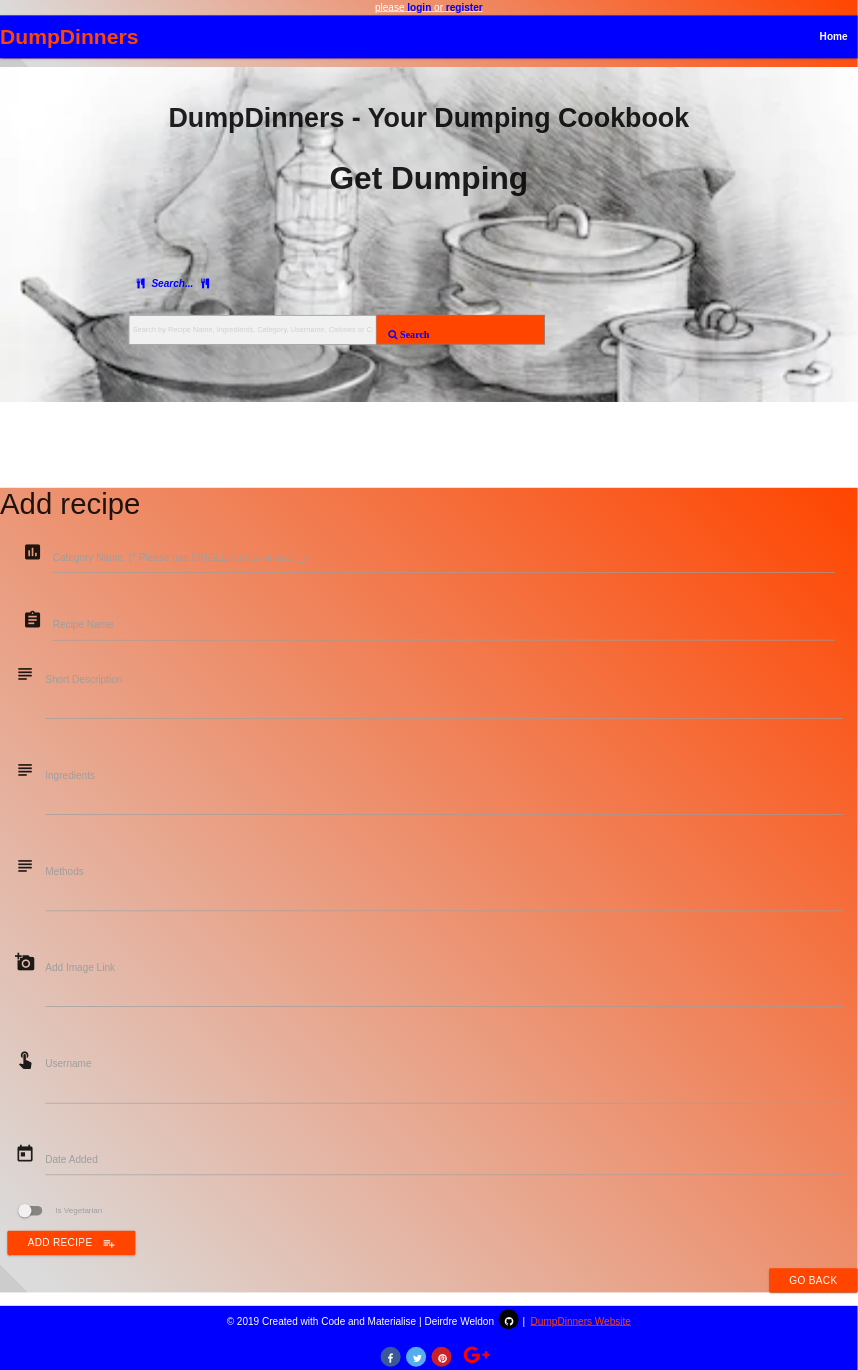
Repository: Deirdre18/dumpdinners-recipe-app
Page: http://localhost/add_recipe
The author's editor kept a record of every edit. The page is drawn from the files as they stood at one moment, then again after the next edit.
The browser window is 1280 px wide. The pictures show the whole page, at 67% of full size.
Some web libraries are served in a nearby version. The page is served by the project's application, run on Flask 3 (app.py). Queries for data that is not in the repository find no rows.

Above is the page before.

### templates/addrecipe.html
{% extends 'base.html' %} {% block content %}
<h3>Add recipe</h3>
<div class="row">
    <form action="{{ url_for('insert_recipe') }}" method="POST" class="col s12">
        <div class="col s12">
            <div class="row">
                <div class="input-field col s12">
                    <i class="material-icons prefix">poll</i>
                    <input id="category_name" name="category_name" type="text" class="validate">
                    <label for="icon_prefix">Category Name.  (* Please use SINGLE names or use '_')</label>
                </div>
            </div>
            <div class="input-field col s12">
                <i class="material-icons prefix">assignment</i>
                <input id="recipe_name" name="recipe_name" type="text">
                <label for="icon_prefix">Recipe Name</label>
            </div>
        </div>
        <div class="row">
            <div class="input-field col s12">
                <i class="material-icons prefix">subject</i>
                <textarea name="short_description" id="short_description" class="materialize-textarea"></textarea>
                <label for="icon_prefix">Short Description</label>
            </div>
        </div>
        <div class="row">
            <div class="input-field col s12">
                <i class="material-icons prefix">subject</i>
                <textarea name="ingredients" id="ingredients" class="materialize-textarea"></textarea>
                <label for="icon_prefix">Ingredients</label>
            </div>
        </div>
        <div class="row">
            <div class="input-field col s12">
                <i class="material-icons prefix">subject</i>
                <textarea name="methods" id="methods" class="materialize-textarea"></textarea>
                <label for="icon_prefix">Methods</label>
            </div>
        </div>
        <div class="row">
            <div class="input-field col s12">
                <i class="material-icons prefix">add_a_photo</i>
                <textarea name="image" id="image" class="materialize-textarea"></textarea>
                <label for="icon_prefix">Add Image Link</label>
            </div>
        </div>
        <div class="row">
            <div class="input-field col s12">
                <i class="material-icons prefix">touch_app</i>
                <textarea name="username" id="username" class="materialize-textarea"></textarea>
                <label for="username">Username</label>
            </div>
        </div>
        <div class="row">
            <div class="input-field col s12">
                <i class="material-icons prefix">today</i>
                <input id="date_added" name="date_added" type="text" class="datepicker">
                <label for="icon_prefix">Date Added</label>
            </div>
        </div>

        <div class="row">
            <div class="switch">
                <label>
                  <input id="is_vegetarian" name="is_vegetarian" type="checkbox">
                  <span class="lever"></span>
                  Is Vegetarian
                </label>
            </div>
        </div>
        <div class="row">
            <button class="btn waves-effect waves-light" type="submit" style="background-color:orangered" name="action">Add recipe
                <i class="material-icons right">playlist_add</i>
             </button>
        </div>
    </form>
    <br>
    <button onclick="goBack()" class="waves-effect waves-light btn" style="background-color:orangered;float:right">Go Back</button></i>
</div>

{% endblock %}

### app.py
import os
import re
from flask import Flask, render_template, redirect, request, url_for, session, flash
import json
from flask_pymongo import PyMongo
import pymongo
from pymongo import MongoClient
from bson.objectid import ObjectId


from werkzeug.security import generate_password_hash, check_password_hash


app = Flask(__name__)

app.secret_key = "randomstring123"



if app.config['DEBUG'] == True:
    from config import dbconfig
    app.config["MONGO_DBNAME"] = 'dumpdinners'
    app.config["MONGO_URI"] = dbconfig()
else:
    app.config['MONGO_URI'] = os.environ.get("MONGO_URI")
    app.config['MONGO_DBNAME'] = os.environ.get("MONGO_DBNAME")

mongo = PyMongo(app)


@app.route('/')
@app.route('/index')
def index():
    """Home page the gets 4 recipes from DB that have been viewed the most"""
    four_recipes = mongo.db.recipes.find().limit(4)
    return render_template('allrecipes1.html', recipes=four_recipes)

@app.route('/allrecipes')
def allrecipes():
    recipes = mongo.db.recipes.find()
    return render_template('allrecipes.html', recipes=recipes)


# took idea of display only four recipes from another student at code institute (spence barriball) and looked at code to help with this - https://github.com/5pence/recipeGlut
@app.route('/allrecipes1')
def allrecipes1():
    recipes = mongo.db.recipes.find()
    four_recipes = mongo.db.recipes.find().limit(4)
    return render_template('allrecipes1.html', recipes=four_recipes)

@app.route('/add_recipe')
def add_recipe():
    recipes = mongo.db.recipes.find()
    return render_template('addrecipe.html',
        recipes=mongo.db.categories.find())

@app.route('/insert_recipe', methods=['POST'])
def insert_recipe():
    recipes = mongo.db.recipes
    recipes.insert_one(request.form.to_dict())
    flash ("Thank you, your recipe has been inserted!")
    return render_template('recipe.html', recipe=recipe)

@app.route('/edit_recipe/<recipe_id>', methods=['GET', 'POST'])
def edit_recipe(recipe_id):
    """Allows logged in user to edit their own recipes"""
    recipe_db = mongo.db.recipes.find_one_or_404({'_id': ObjectId(recipe_id)})
    all_categories =  mongo.db.categories.find()
    if request.method == 'GET':

        return render_template('editrecipe.html', recipe=recipe_db, categories=all_categories)

# referred to this article for advice on 'views' - https://stackoverflow.com/questions/5782311/mongodb-inc-embedded-value-syntax

@app.route('/update_recipe/<recipe_id>', methods=["POST"])
def update_recipe(recipe_id):
    recipes = mongo.db.recipes
    recipes.update( {'_id': ObjectId(recipe_id)},
    {
        '$set': {

        'recipe_name':request.form.get('recipe_name'),
        'ingredients':request.form.get('ingredients'),
        'image': request.form.get('image'),
        'category_name': request.form.get('category_name'),
        'username': request.form.get('username'),
        'methods': request.form.get('methods'),
        'short_description': request.form.get('short_description'),
        'date_added': request.form.get('date_added'),
        'is_vegetarian': request.form.get('is_vegetarian'),
        'views':1,
        'likes':1

        }
    })
    return redirect(url_for('allrecipes'))

@app.route('/delete_recipe/<recipe_id>')
def delete_recipe(recipe_id):
    mongo.db.recipes.remove({'_id': ObjectId(recipe_id)})
    return redirect(url_for('allrecipes'))

# referred to code from another student (spence barriball) at code institute and looked at code to help with search routing - https://github.com/5pence/recipeGlut
@app.route('/search')
def search():
    """Provides logic for search bar"""
    orig_query = request.args['query']
    # using regular expression setting option for any case
    query = {'$regex': re.compile('.*{}.*'.format(orig_query)), '$options': 'i'}
    # find instances of the entered word in title, tags or ingredients
    results = mongo.db.recipes.find({
        '$or': [
            {'recipe_name': query},
            {'ingredients': query},
            {'recipe_name': query},
            {'category_name': query},
            {'calories': query},
            {'cooking_time': query}
        ]
    })
    return render_template('search.html', query=orig_query, results=results)


@app.route('/recipe/<recipe_id>')
def recipe(recipe_id):

    """Shows full recipe and increments view"""
    mongo.db.recipes.find_one_and_update(
        {'_id': ObjectId(recipe_id)},
        { '$inc': { 'views': 1}}
    )
    recipe_db = mongo.db.recipes.find_one_or_404({'_id': ObjectId(recipe_id)})
    return render_template('recipe.html', recipe=recipe_db)

# routing for likes

@app.route('/likes/<recipe_id>')
def likes(recipe_id):

    """Shows full recipe and increments view"""
    mongo.db.recipes.find_one_and_update(
        {'_id': ObjectId(recipe_id)},
        { '$inc': { 'likes': 1}}
    )
    recipe_db = mongo.db.recipes.find_one_or_404({'_id': ObjectId(recipe_id)})
    return redirect(url_for('allrecipes1'))

# referred to code for login routing from another student (deborah thompsonl) at code institute and looked at code to help with search routing - https://github.com/debbiect246/recipe-app

@app.route('/login', methods=["GET","POST"])
def login():
    if request.method == 'POST':
        login_user = mongo.db.register.find_one({'username': request.form['username']})
        form = request.form
        if login_user:
            if(form["password"] == login_user["password"]): # if password correct
                session['username'] = login_user["username"]
                return redirect(url_for('allrecipes',register_id = login_user["_id"]))
            else: # and if password is not correct
               flash("Incorrect password, please try again or register")
        else:# if user does not exist
            flash("User does not exist")
            return redirect(url_for('register'))
    return render_template('login.html')


#Copied routing for register from Deborah Thompson, student at Code Institute for login routing - #https://github.com/debbiect246/recipe-app#

@app.route('/register', methods=['POST','GET'])
def register():
    if request.method == 'POST':
        register = mongo.db.register
        register_id = register.insert_one(request.form.to_dict())
        # print(register)
        object_id = register_id.inserted_id
        flash("Thank you for registering, please login to view more recipes and add your own!")
        return redirect(url_for('login'))
    return render_template('register.html')

@app.route('/logout')
def logout():
    """Clears session after user is logged out"""

    session.clear()
    flash ("Thank you, hope to see you again soon!")
    return redirect(url_for('login'))

if __name__ == '__main__':
    app.run(host=os.environ.get('IP'),
        port=int(os.environ.get('PORT')))

### static/styles.css
.card-body {
    width: 75%;
    margin-left: 0;
    left: auto;
    right: auto;
    white-space: pre-wrap;
}

#search [type="search"] [name="query"]
{
     height: 30px;
     width: 50px;
}


h3 {margin-top: 10%}

.main { margin-top: 20px;}

.card-image {width:25%;}

h5 .lead-search {margin-bottom: 0}

p .heading {margin-top: 30%;}


.card-image {white-space: pre-wrap;
            margin-bottom: -80px;
}


h1 {text-align: center;
    margin-top: 20px;

}

p {margin-top: 20%;}



.nav-wrapper {background-color: blue;}

#Add {color: indigo;
}

#View {color: indigo;
}

.brand-logo{text-align:left;}

.btn_small {
    height: 24px;
    width: 60px;
    line-height: 24px;
    margin: 5px 5px;
    padding: 0 0.5em;
}

Loaded but not shown: templates/base.html (311 lines, source omitted); static/social-share-kit.css (no copy from this time; the picture is the same without it)

After the next edit:
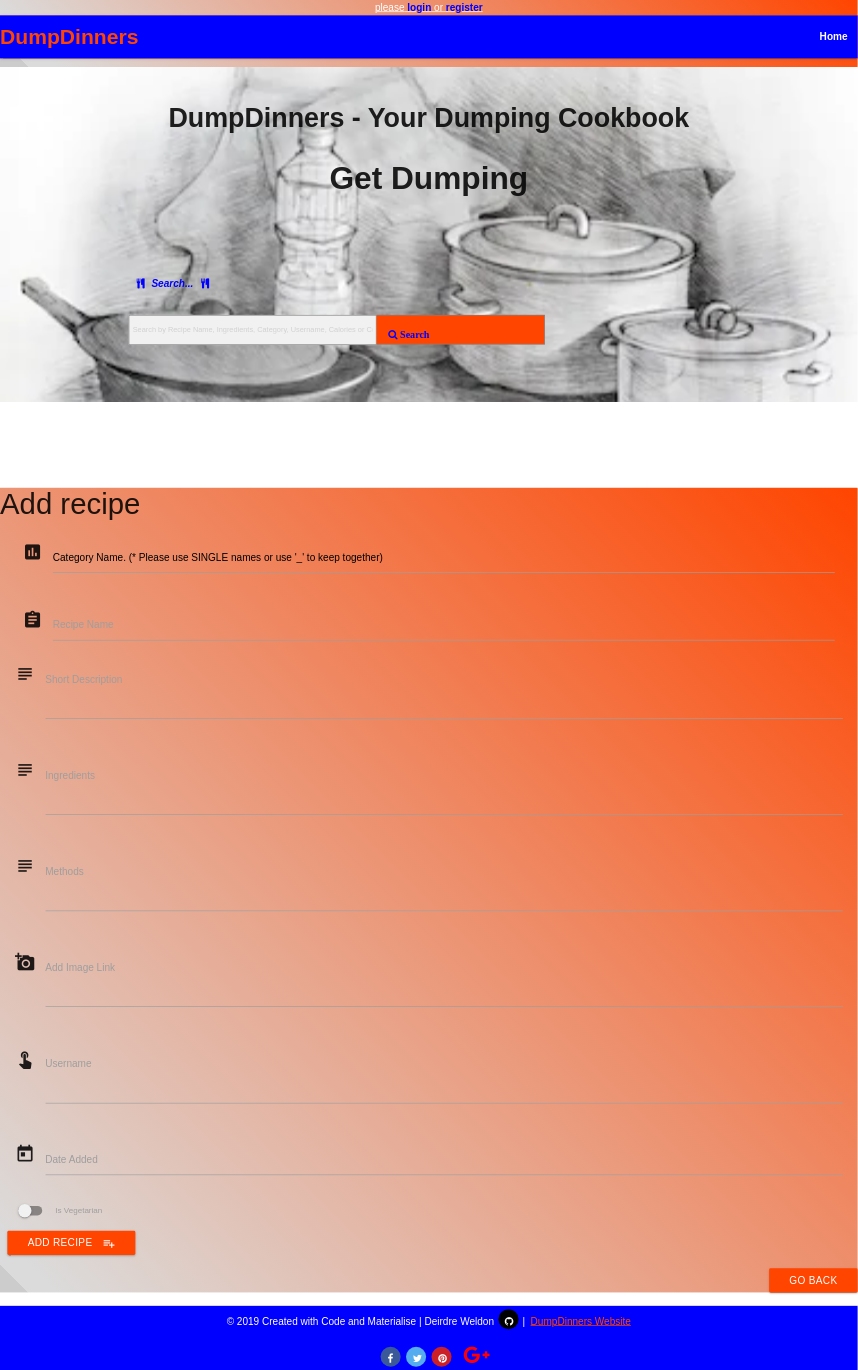
The edit:
--- a/templates/addrecipe.html
+++ b/templates/addrecipe.html
@@ -7,7 +7,7 @@
                 <div class="input-field col s12">
                     <i class="material-icons prefix">poll</i>
                     <input id="category_name" name="category_name" type="text" class="validate">
-                    <label for="icon_prefix">Category Name.  (* Please use SINGLE names or use '_')</label>
+                    <label for="icon_prefix" style="color:black">Category Name.  (* Please use SINGLE names or use '_' to keep together)</label>
                 </div>
             </div>
             <div class="input-field col s12">
